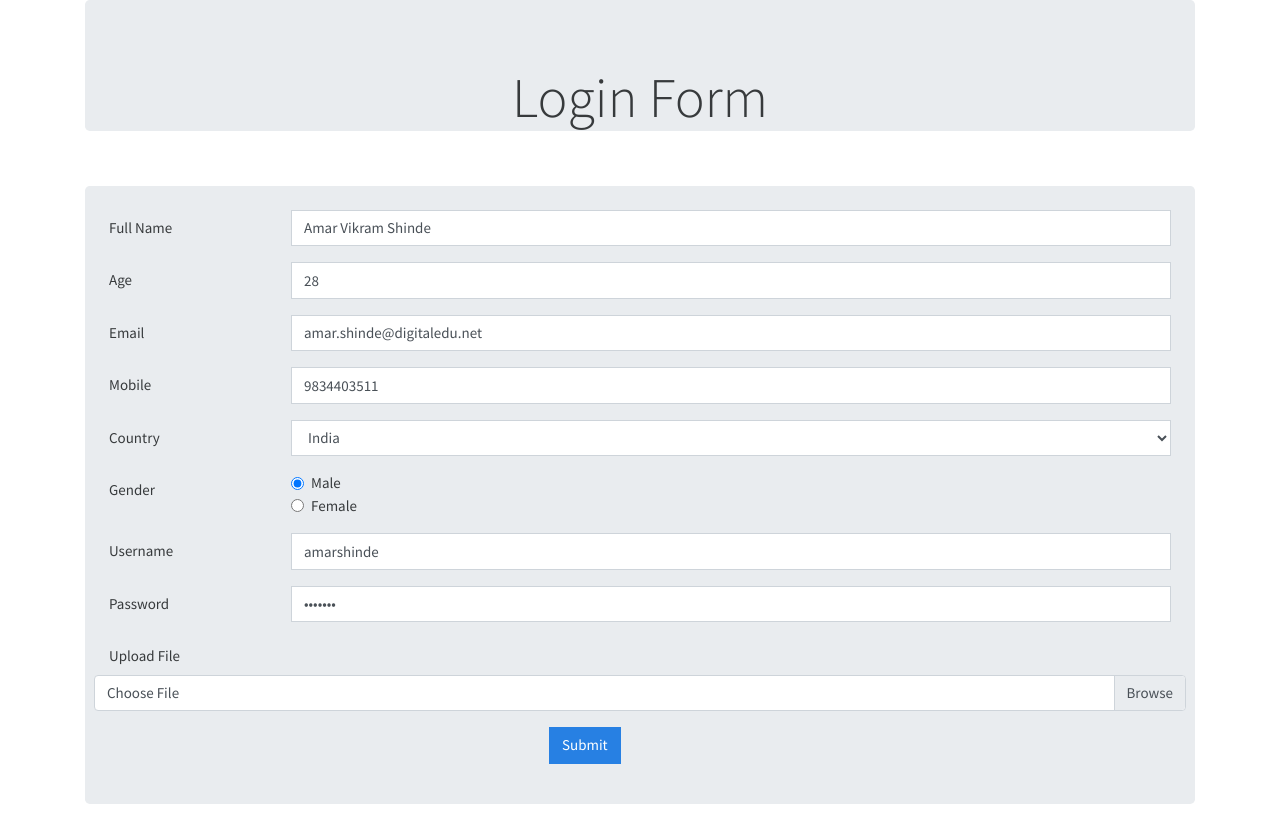
Repository: amar468S/Ng-templateDrivenForm
Page: /
These files come from the project's save history. The page is drawn as it stood at one moment and after the next save; the edit follows.
The browser window is 1280 px wide. The pictures show the whole page.
Some web libraries are served in a nearby version. The project was rebuilt for these pictures with package versions that can differ from the ones it lists, and the page was loaded fresh each time. Also part of the build but not shown: angular.json.

Above is the page before, as saved 2019-02-03 22:28:02.

### src/index.html
<!doctype html>
<html lang="en">
<head>
  <meta charset="utf-8">
  <title>NgTemplateForms</title>
  <base href="/">

  <meta name="viewport" content="width=device-width, initial-scale=1">
  <link rel="icon" type="image/x-icon" href="favicon.ico">
  <!-- CSS -->
  <link rel="stylesheet" href="https://stackpath.bootstrapcdn.com/bootstrap/4.2.1/css/bootstrap.min.css" integrity="sha384-GJzZqFGwb1QTTN6wy59ffF1BuGJpLSa9DkKMp0DgiMDm4iYMj70gZWKYbI706tWS" crossorigin="anonymous">
  <link rel="stylesheet" href="https://bootswatch.com/4/cosmo/bootstrap.min.css">
  <!-- JS -->
  <script src="https://code.jquery.com/jquery-3.3.1.slim.min.js" integrity="sha384-q8i/X+965DzO0rT7abK41JStQIAqVgRVzpbzo5smXKp4YfRvH+8abtTE1Pi6jizo" crossorigin="anonymous"></script>
  <script src="https://cdnjs.cloudflare.com/ajax/libs/popper.js/1.14.6/umd/popper.min.js" integrity="sha384-wHAiFfRlMFy6i5SRaxvfOCifBUQy1xHdJ/yoi7FRNXMRBu5WHdZYu1hA6ZOblgut" crossorigin="anonymous"></script>
  <script src="https://stackpath.bootstrapcdn.com/bootstrap/4.2.1/js/bootstrap.min.js" integrity="sha384-B0UglyR+jN6CkvvICOB2joaf5I4l3gm9GU6Hc1og6Ls7i6U/mkkaduKaBhlAXv9k" crossorigin="anonymous"></script>

</head>
<body>
  <app-root></app-root>
</body>
</html>

### src/app/app.component.ts
import { Component } from '@angular/core';
import { UserForm } from './UserForm';

@Component({
  selector: 'app-root',
  templateUrl: './app.component.html',
  styleUrls: ['./app.component.css']
})
export class AppComponent {

    userForm:UserForm

    constructor(){
      this.userForm = new UserForm();
    }

    login(userForm) {
      console.log(userForm.form.value);
      this.userForm = new UserForm();
    }
}

### src/app/app.component.html
<div class="container">
    <div class="jumbotron pb-0">
      <p class="display-4 text-center mb-0">Login Form</p>
    </div>
    <br>
  <div class="jumbotron p-4">
  <form #usrForm="ngForm" (ngSubmit)="login(usrForm)">
      <div class="form-group row">
          <label class="col-sm-2 col-form-label">Full Name</label>
          <div class="col-sm-10">
            <input type="text" class="form-control" [ngClass]="(fullName.dirty && fullName.invalid) ? 'is-invalid':''" placeholder="Enter Full Name"
            name="fullname" [(ngModel)]="userForm.fullName" #fullName="ngModel" required>
            <small class="invalid-feedback">This field can't be empty</small>
          </div>
      </div>
      <div class="form-group row">
          <label class="col-sm-2 col-form-label">Age</label>
          <div class="col-sm-10">
            <input type="number" class="form-control" [ngClass]="age.dirty && age.invalid ? 'is-invalid':''" placeholder="Enter Age"
            name="age" [(ngModel)]="userForm.age" #age="ngModel" required>
            <small class="invalid-feedback">This field can't be empty</small>
          </div>
      </div>
       <div class="form-group row">
          <label class="col-sm-2 col-form-label">Email</label>
          <div class="col-sm-10">
            <input type="email" class="form-control" [ngClass]="email.dirty && email.invalid ? 'is-invalid':''" placeholder="Enter Email"
            name="email" [(ngModel)]="userForm.email" #email="ngModel" required>
            <small class="invalid-feedback" *ngIf="email.dirty && email.invalid">This field can't be empty</small>
          </div>
      </div>
      <div class="form-group row">
          <label class="col-sm-2 col-form-label">Mobile</label>
          <div class="col-sm-10">
            <input type="text" class="form-control" [ngClass]="mobile.dirty && mobile.invalid ? 'is-invalid':''" placeholder="Enter Mobile"
            name="mobile" [(ngModel)]="userForm.mobile" #mobile="ngModel" required minlength="10">
            <div *ngIf="mobile.dirty && mobile.invalid">
              <small class="invalid-feedback" *ngIf="mobile.errors.required">This field can't be empty</small>
              <small class="invalid-feedback" *ngIf="mobile.errors.minlength">This field must contain minimum 10 characters</small>
            </div>
          </div>
      </div>
      <div class="form-group row">
          <label class="col-sm-2 col-form-label">Country</label>
          <div class="col-sm-10">
            <select class="form-control" name="country" [ngClass]="country.dirty && country.invalid ? 'is-invalid':''"
              [(ngModel)]="userForm.country" #country="ngModel" required>
              <option value="">Select Country</option>
              <option value="India">India</option>
              <option value="Sri Lanka">Sri Lanka</option>
              <option value="Bangladesh">Bangladesh</option>
              <option value="Nepal">Nepal</option>
            </select>
            <small class="invalid-feedback">Please select country</small>
          </div>
      </div>
      <div class="form-group row">
          <label class="col-sm-2 col-form-label">Gender</label>
          <div class="col-sm-10">
            <div class="form-check">
              <input class="form-check-input" type="radio"
                name="gender" value="Male" [checked]="(userForm.gender=='Male')?'checked':''">
              <label class="form-check-label">Male</label>
            </div>
            <div class="form-check">
                <input class="form-check-input" type="radio" name="gender" value="Female" [checked]="(userForm.gender=='Female')?'checked':''">
                <label class="form-check-label">Female</label>
            </div>
          </div>
      </div>
      <div class="form-group row">
          <label class="col-sm-2 col-form-label">Username</label>
          <div class="col-sm-10">
            <input type="text" class="form-control" [ngClass]="username.dirty && username.invalid ? 'is-invalid':''" placeholder="Enter Username"
            name="username" [(ngModel)]="userForm.username" #username="ngModel" required>
            <small class="invalid-feedback">This field can't be empty</small>
          </div>
      </div>
      <div class="form-group row">
          <label class="col-sm-2 col-form-label">Password</label>
          <div class="col-sm-10">
            <input type="password" class="form-control" [ngClass]="password.dirty && password.invalid ? 'is-invalid':''" placeholder="Enter Password"
            name="password" [(ngModel)]="userForm.password" #password="ngModel">
            <small class="invalid-feedback">This field can't be empty</small>
          </div>
      </div>
      <div class="form-group row">
        <label for="" class="col-sm-2 col-form-label">Upload File</label>
        <div class="input-group">
          <div class="custom-file">
            <input type="file" class="custom-file-input">
            <label class="custom-file-label">Choose File</label>
          </div>
        </div>
      </div>
      <div class="form-group row">
          <label class="col-sm-5 col-form-label"></label>
          <div>
            <input type="submit" class="btn btn-primary" [disabled]="usrForm.form.invalid">
          </div>
      </div>
  </form>
  </div>

</div>

### src/app/UserForm.ts
export class UserForm {
    fullName:string;
    age:string;
    email:string;
    mobile:string;
    country:string;
    gender:string;
    username:string;
    password:string;


    constructor(){
        this.fullName = 'Amar Vikram Shinde';
        this.age = '28';
        this.country = 'India';
        this.email = 'amar.shinde@digitaledu.net';
        this.mobile = '9834403511';
        this.username = 'amarshinde';
        this.password = 'amar123';
        this.gender = 'Male';
    }
}

Loaded but not shown: src/styles.css (common file); src/main.ts (common file); src/app/app.module.ts (common file); src/environments/environment.ts (common file); src/app/app.component.css (no stored copy; drawn as an empty file)

After the next save:
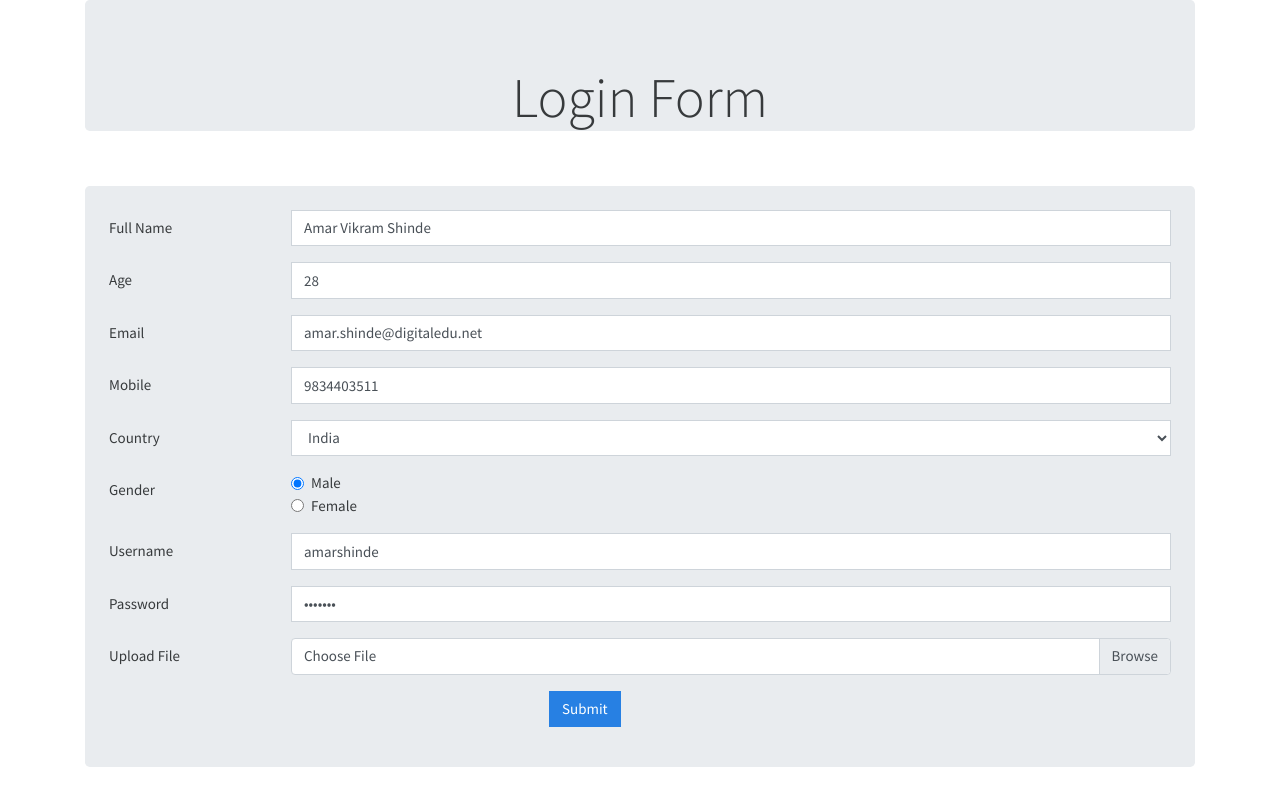
Saved 12 s later.
--- a/src/app/app.component.html
+++ b/src/app/app.component.html
@@ -86,7 +86,7 @@
       </div>
       <div class="form-group row">
         <label for="" class="col-sm-2 col-form-label">Upload File</label>
-        <div class="input-group">
+        <div class="input-group col-sm-10">
           <div class="custom-file">
             <input type="file" class="custom-file-input">
             <label class="custom-file-label">Choose File</label>
